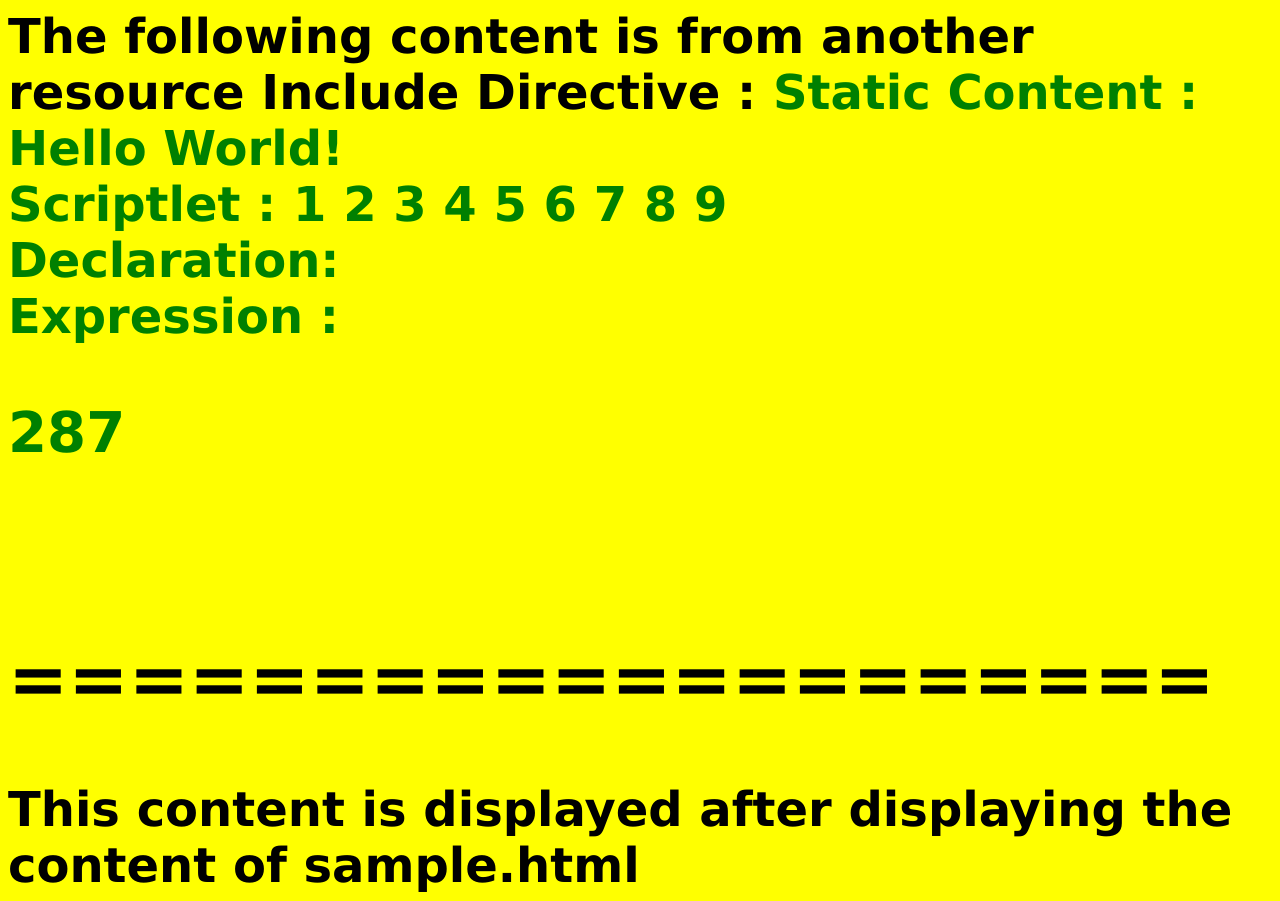
Repository: PoojithaPeddikuppa/FSD-with-Java
Page: http://localhost/JspApp/sample.jsp
An editor plug-in stored every save of this project. The page is shown before and after a run of saves, followed by the edit.
The browser window is 1280 px wide. The pictures show the whole page.
The page is served by Tomcat 9.

Above is the page before, as saved 2024-06-05 06:25:31.

### JspApp/src/main/webapp/sample.jsp
<%@ page language="java" contentType="text/html; charset=ISO-8859-1"
    pageEncoding="ISO-8859-1"%>
<!DOCTYPE html>
<html>
<head>
<meta charset="ISO-8859-1">
<title>Java Server Page</title>
</head>
<body>
<font face="verdana" size="20"><b> The following content is from another resource
Include Directive :
<%@include file="index.jsp"%>
<h2>====================</h2>
<b>This content is displayed after displaying the content of sample.html</b>
</b>
</font>
</body>
</html>

### JspApp/src/main/webapp/index.jsp
<%@ page language="java" contentType="text/html; charset=ISO-8859-1"
    pageEncoding="ISO-8859-1"%>
<!DOCTYPE html>
<html>
<head>
<meta charset="ISO-8859-1">
<title>Welcome JSP</title>
</head>
<body bgcolor="yellow">
<font face="verdana" size="20"color="green">
<b>Static Content : </b>Hello World!
<br>
<b>Scriptlet : </b>
<%
for(int num =1;num<10;num++){
	out.println(num);
}
%>
<br>
<b>Declaration: </b>
<%! int number;%>
<%
number = 287;
%>
<br>
<b>Expression : </b>
<h3><%= number %></h3>
<br>
</font>
</body>
</html>

After the next 2 saves:
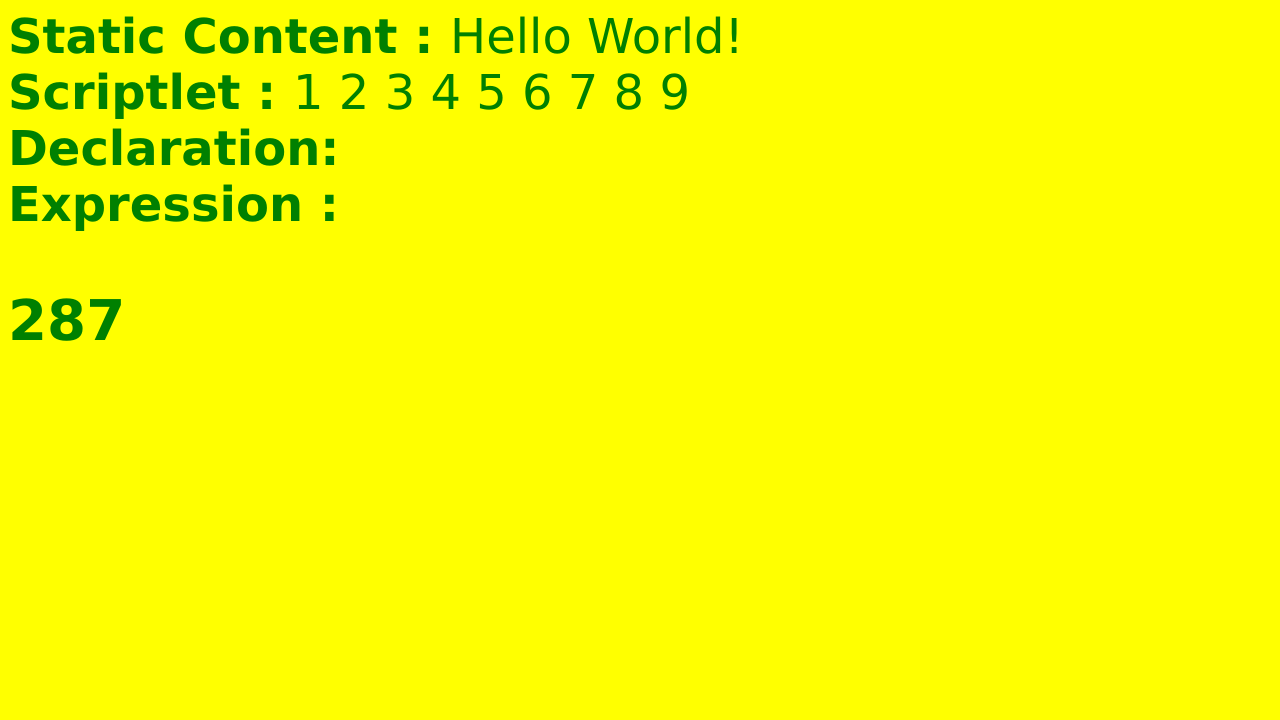
The 2 saves are shown as one change because 1 did not build or start.
The last was saved 17 min 8 s later.
--- a/JspApp/src/main/webapp/sample.jsp
+++ b/JspApp/src/main/webapp/sample.jsp
@@ -9,7 +9,7 @@
 <body>
 <font face="verdana" size="20"><b> The following content is from another resource
 Include Directive :
-<%@include file="index.jsp"%>
+<jsp:forward page="index.jsp"/>
 <h2>====================</h2>
 <b>This content is displayed after displaying the content of sample.html</b>
 </b>
